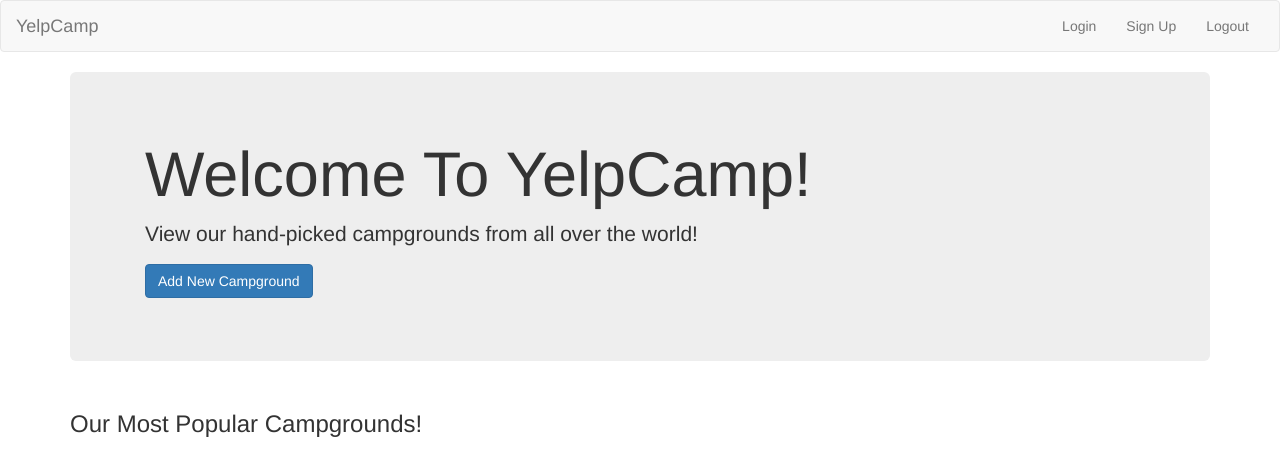
Repository: cuauhtlahuac/WebAppsPractices
Page: http://localhost/campgrounds
The author's editor kept a record of every edit. The page is drawn from the files as they stood at one moment, then again after the next edit.
The browser window is 1280 px wide. The pictures show the whole page.
The page is served by the project's Node server (YelpCamp/v1/app.js). Queries for data that is not in the repository find no rows.

Above is the page before.

### workspaceEnglish/YelpCamp/v1/views/index.ejs
<% include partials/header %>


<div class = "container">
<header class = "jumbotron">
    <div class="container">
    <h1>Welcome To YelpCamp!</h1>
    <p>View our hand-picked campgrounds from all over the world!</p>
    <p>
    <a class = "btn btn-primary btn-large" href = "/campgrounds/new">Add New Campground</a>
    </p>
    </div>
    </header>

<div class = "row">
    <div class = "col-lg-12">
        <h3>Our Most Popular Campgrounds!</h3>
    </div>
</div>
   <div class = "row text-center" style = "display:flex;flex-wrap: wrap;">
    <% campgrounds.forEach(function(campground) { %>
        <div class = "col-md-3 col-sm-6">
            <div class="thumbnail"><img src = "<%= campground.image %>">
              <div class="caption">
                  <h4><%= campground.name %></h4>
              </div>
              <p>
                  <a href="/campgrounds/<%=campground._id %>" class="btn btn-primary">More Info</a>
              </p>
            </div>

        </div>

    <% }); %>
    </div>
</div>

<% include partials/footer %>

### workspaceEnglish/YelpCamp/v1/views/partials/header.ejs
<!DOCTYPE html>
<html>
    <head>
        <title>YelpCamp</title>
        <link href="https://maxcdn.bootstrapcdn.com/bootstrap/3.3.7/css/bootstrap.min.css" rel="stylesheet">
    </head>

<body>
    <nav class="navbar navbar-default">
       <div class = "container-fluid">
           <div class = "navbar-header">
               <a class="navbar-brand" href="/">YelpCamp</a>
           </div>
           <div class="collapse navbar-collapse">
               <ul class="nav navbar-nav navbar-right">
                   <li><a href="/">Login</a></li>
                   <li><a href="/">Sign Up</a></li>
                   <li><a href="/">Logout</a></li>
               </ul>

           </div>
       </div>

   </nav>

### workspaceEnglish/YelpCamp/v1/views/partials/footer.ejs


</body>


</html>

### workspaceEnglish/YelpCamp/v1/app.js
var express = require('express');
var app = express();
var bodyParser = require('body-parser');
var mongoose = require('mongoose');  //

mongoose.connect("mongodb://localhost/yelp_camp");      //connecting mongoose , yelp_camp: name for the db which doesn't exist yet
app.use(bodyParser.urlencoded({extended: true}));
app.set("view engine", "ejs");


// SCHEMA SETUP

var campgroundSchema = new mongoose.Schema({

    name: String,
    image: String,
    description: String

});

var Campground = mongoose.model("Campground",campgroundSchema);

/*Campground.create({        //passing in the object we want to create

   name: "Granite Hill",
   image: "https://farm1.staticflickr.com/661/32853307921_c804935e58.jpg",
   description: "This is a beautiful granite hill camp, all amenities there"
},function(err,campground){

   if(err){

       console.log(err);
   }
   else
   {
       console.log("NEWLY CREATED CAMPGROUND");
       console.log(campground);
   }


});

*/


app.get("/",function(req, res){

   res.render("landing");

});

app.get("/campgrounds", function(req, res){

   Campground.find({},function(err, allCampgrounds){  //retrieving all campgrounds and showing them all

       if(err){
           console.log(err);
       }

       else{

           res.render("index", {campgrounds:allCampgrounds});
       }


   });


});

app.post("/campgrounds",function(req,res){
   // get data from form and add it to campground


   var name = req.body.name;
   var image = req.body.image;
   var desc = req.body.description;
   var newCampground = {name : name , image : image , description: desc};

   // add new campground and save it to db

   Campground.create(newCampground,function(err,newlyCreated){

      if(err){
          console.log(err);
      }

       else{

           res.redirect("/campgrounds");

       }

   });
                               // redirect back to campgrounds page

});

app.get("/campgrounds/new",function(req,res){

   res.render("new");
});

//NEW - show form to create new campground
app.get("/campgrounds/new", function(req, res){
   res.render("new.ejs");
});

//SHOW - shows more info about a particular campground
app.get("/campgrounds/:id", function(req, res){
    //find the campground with provided ID
    Campground.findById(req.params.id, function(err, foundCampground){   //findById used by mongoose , foundCamground with the find by id method
        if(err){
            console.log(err);
        } else {
            //render show template with that campground
            res.render("show", {campground: foundCampground});
        }
    });
})

app.listen(process.env.PORT, process.env.IP, function(){

   console.log("YelpCamp server is working");

});

After the next edit:
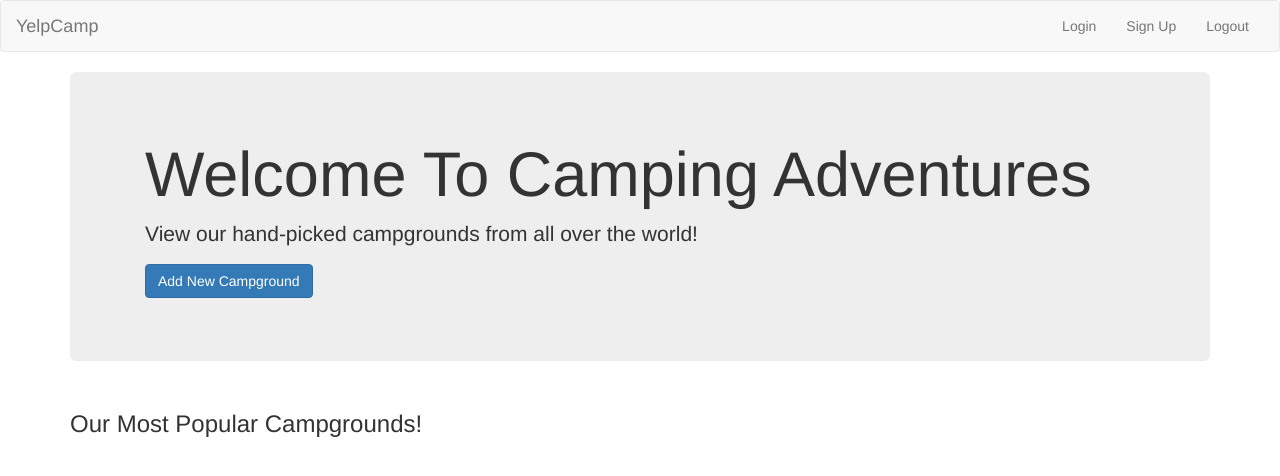
The edit:
--- a/workspaceEnglish/YelpCamp/v1/views/index.ejs
+++ b/workspaceEnglish/YelpCamp/v1/views/index.ejs
@@ -4,7 +4,7 @@
 <div class = "container">
 <header class = "jumbotron">
     <div class="container">
-    <h1>Welcome To YelpCamp!</h1>
+    <h1>Welcome To Camping Adventures</h1>
     <p>View our hand-picked campgrounds from all over the world!</p>
     <p>
     <a class = "btn btn-primary btn-large" href = "/campgrounds/new">Add New Campground</a>
